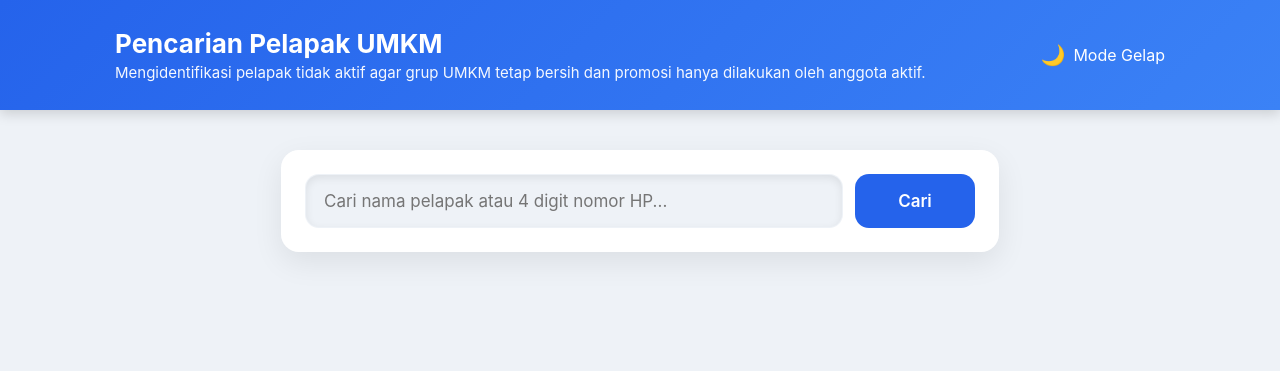
Repository: pasarrakyatbak/ceklapak
Page: index.html
An editor plug-in stored every save of this project. The page is shown before and after the next save, followed by the edit.
The browser window is 1280 px wide. The pictures show the whole page.

Above is the page before, as saved 2025-11-19 06:19:38.

After the next save:
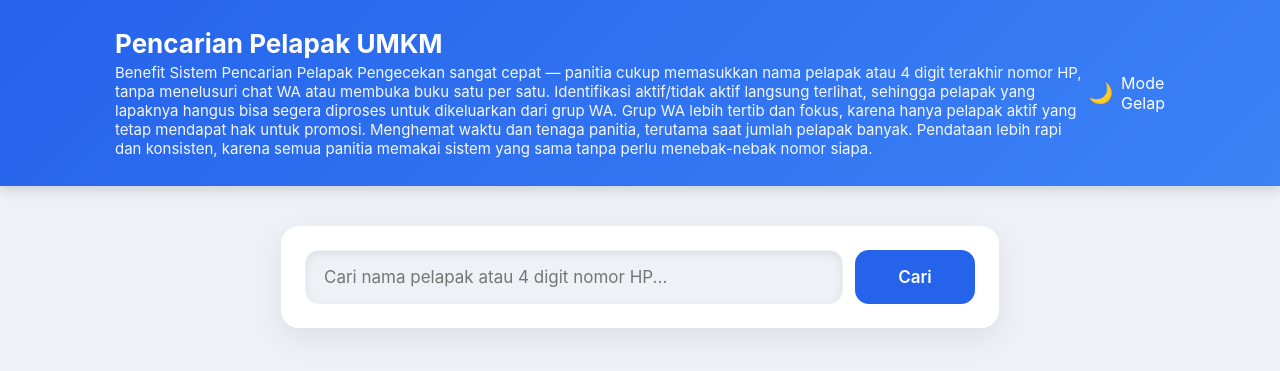
Saved 21 min 22 s later.
--- a/index.html
+++ b/index.html
@@ -14,8 +14,20 @@
             <div class="header-text">
                 <h1>Pencarian Pelapak UMKM</h1>
                 <p class="desc">
-                    Mengidentifikasi pelapak tidak aktif agar grup UMKM tetap bersih
-                    dan promosi hanya dilakukan oleh anggota aktif.
+                    Benefit Sistem Pencarian Pelapak
+
+                    Pengecekan sangat cepat — panitia cukup memasukkan nama pelapak atau 4 digit terakhir nomor HP,
+                    tanpa menelusuri chat WA atau membuka buku satu per satu.
+
+                    Identifikasi aktif/tidak aktif langsung terlihat, sehingga pelapak yang lapaknya hangus bisa segera
+                    diproses untuk dikeluarkan dari grup WA.
+
+                    Grup WA lebih tertib dan fokus, karena hanya pelapak aktif yang tetap mendapat hak untuk promosi.
+
+                    Menghemat waktu dan tenaga panitia, terutama saat jumlah pelapak banyak.
+
+                    Pendataan lebih rapi dan konsisten, karena semua panitia memakai sistem yang sama tanpa perlu
+                    menebak-nebak nomor siapa.
                 </p>
             </div>
 
